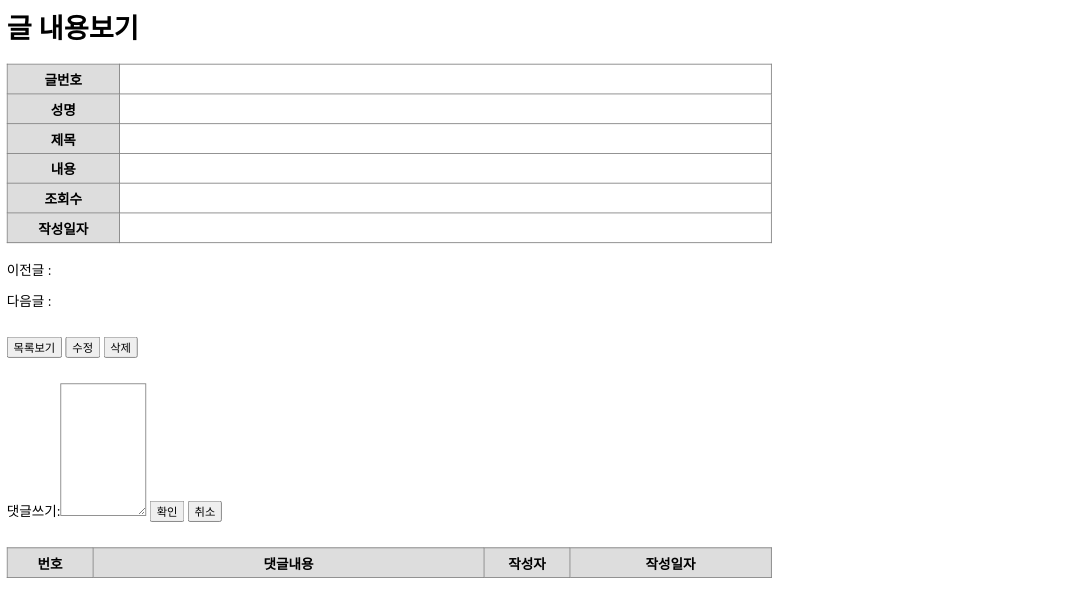
Repository: gold37/Spring
Page: http://localhost/Board/WEB-INF/views/tiles1/board/view.jsp
These files come from the project's save history. The page is drawn as it stood at one moment and after the next save; the edit follows.
The browser window is 1280 px wide. The pictures show the whole page, at 85% of full size.
The page is served by Tomcat 9. Nobody is signed in. The template is opened directly, without the code that normally fills it, so the values that code supplies are empty.

Above is the page before, as saved 2020-07-17 06:47:08.
Console error: ReferenceError: $ is not defined

After the next save:
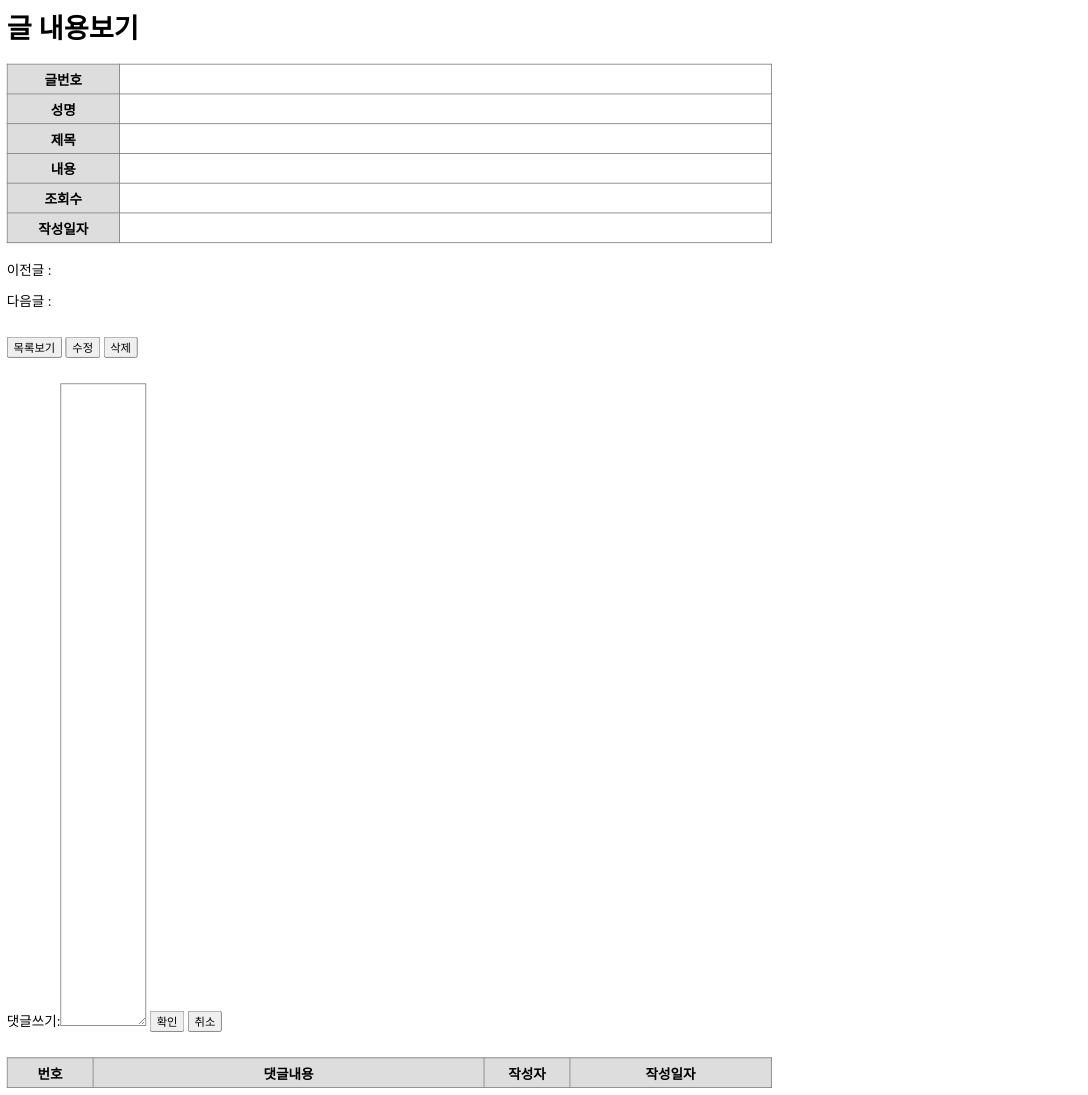
Saved 10 s later.
--- a/springworkspace/Board/src/main/webapp/WEB-INF/views/tiles1/board/view.jsp
+++ b/springworkspace/Board/src/main/webapp/WEB-INF/views/tiles1/board/view.jsp
@@ -96,7 +96,7 @@ a {text-decoration: none !important;}
 
 
 	<div style="margin-top: 30px;">
-		댓글쓰기:<textarea rows="10" cols="10"></textarea>
+		댓글쓰기:<textarea rows="50" cols="10"></textarea>
 		<button>확인</button>
 		<button>취소</button>
 	</div>
